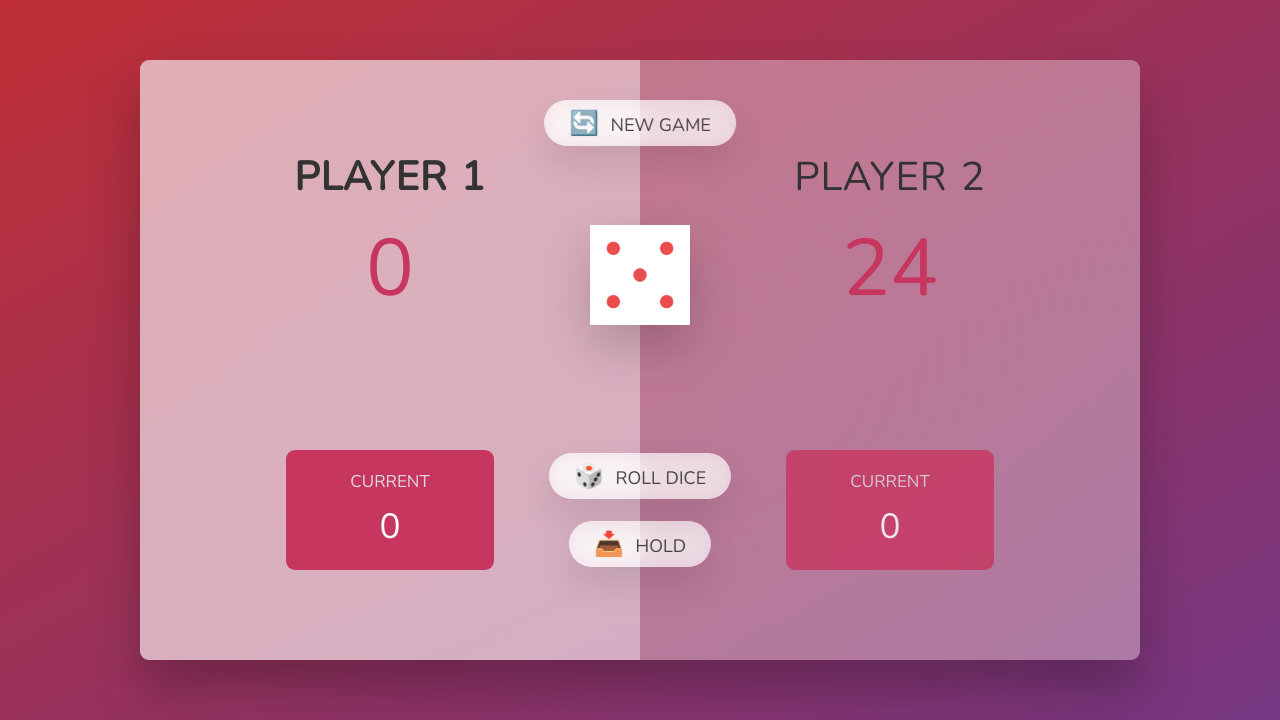
Repository: AbanoubSamyTawfek2002/pig-game
Page: index.html
An editor plug-in stored every save of this project. The page is shown before and after the next save, followed by the edit.
The browser window is 1280 px wide. The pictures show the whole page.

Above is the page before, as saved 2025-09-26 01:07:10.

After the next save:
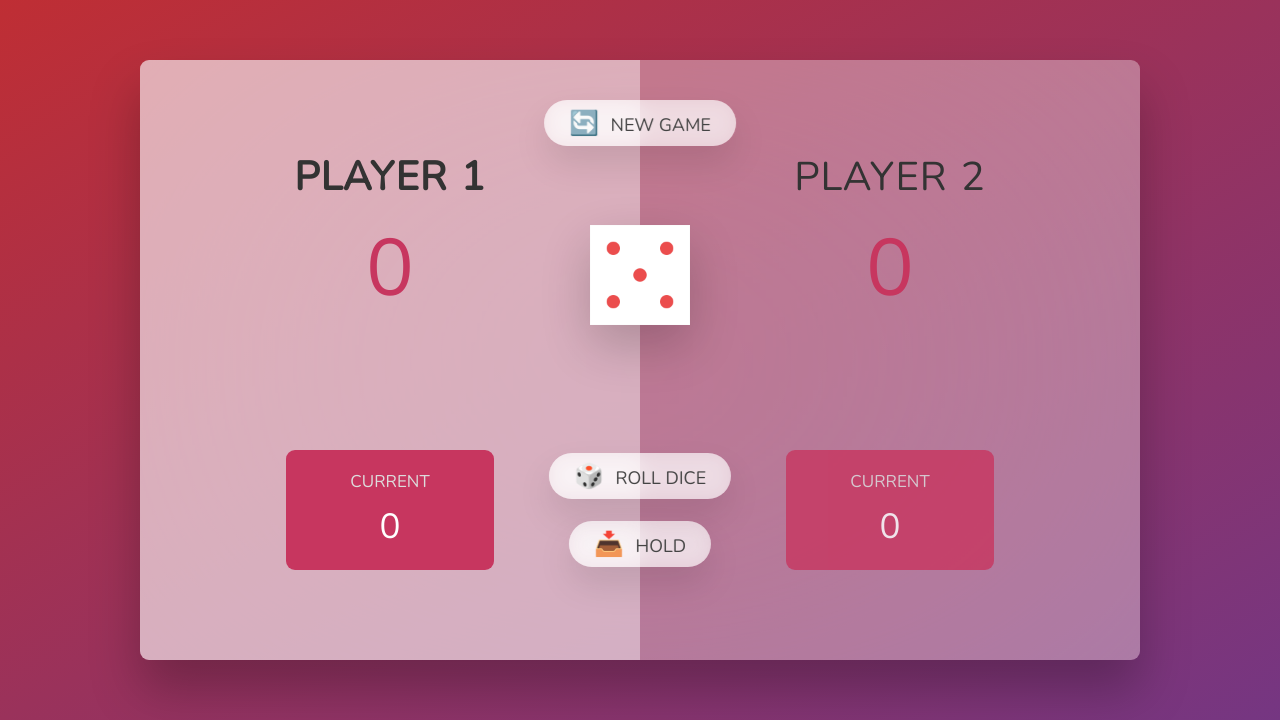
Saved 9 s later.
--- a/script.js
+++ b/script.js
@@ -1,4 +1,4 @@
 'use strict';
 
 document.getElementById('score--0').textContent = 0;
-document.getElementById('score--0').textContent = 0;
+document.getElementById('score--1').textContent = 0;
